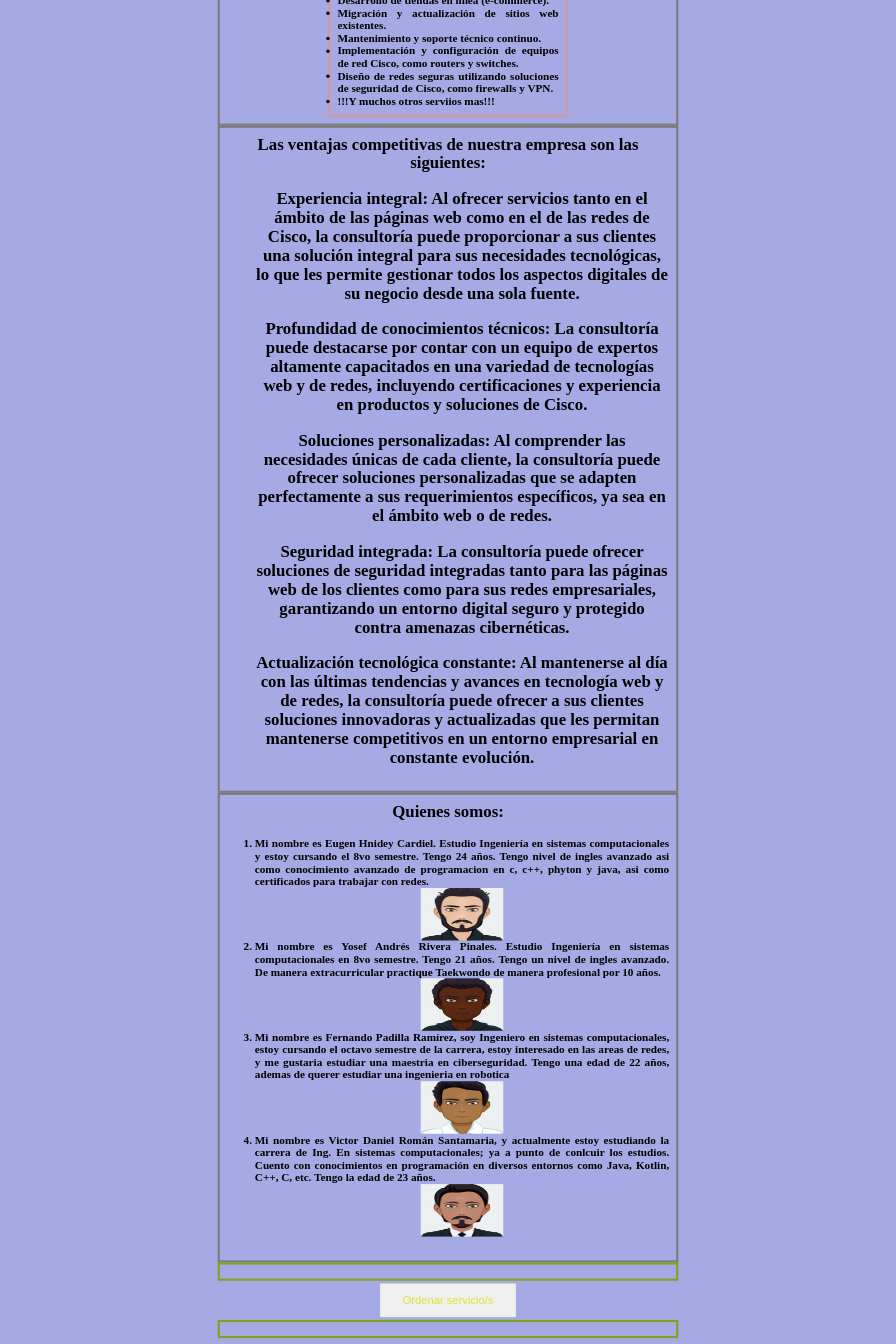
Repository: UVMCoyoacan/VEFY
Page: indexPrincipal.html
An editor plug-in stored every save of this project. The page is shown before and after the next save, followed by the edit.
The browser window is 1280 px wide. The pictures show the part of the page from y = 651 to 2571 px (the page is 2571 px tall), at 70% of full size.

Above is the page before, as saved 2024-03-01 13:06:28.

### indexPrincipal.html
<!DOCTYPE html>
<html>

    <head>
        <title> VEFY CONSULTORIA </title>

        <link rel="stylesheet" href="estilo4.css"/>
        <meta charset="UTF-8" />
    </head>
    <body>
        <div style="text-align: center;"><img src = "LogoVefy.jpg" alt = "LogoEmpresaConsul" width = "150" height = "150" aling = "center"></div>

        <h1>
            Somos una consultoría que ofrece servicios tanto relacionados con páginas web como con redes de Cisco, podría ofrecer una amplia gama de soluciones para cubrir las necesidades digitales de sus clientes.
           <br>
        </h1>
        <h2>
            Nuestro lema es "conectando talento, construyendo soluciones".
        </h2>
        <h2>
            Nuestro objetivo es: Proporcionar soluciones innovadoras y personalizadas que impulsen el éxito y el crecimiento de nuestros clientes, aprovechando la experiencia y el compromiso de nuestro equipo multidisciplinario.
        </h2>
        <h2>
            Nuestra empresa brinda los siguientes servicios:
            <ul>
                <li>Desarrollo de sitios web personalizados. </li>
                <li>Diseño web responsivo y adaptativo. </li>
                <li>Optimización para motores de búsqueda (SEO). </li>
                <li>Integración de sistemas de gestión de contenido (CMS) como WordPress, Joomla, etc. </li>
                <li>Desarrollo de tiendas en línea (e-commerce). </li>
                <li>Migración y actualización de sitios web existentes. </li>
                <li>Mantenimiento y soporte técnico continuo. </li>
                <li>Implementación y configuración de equipos de red Cisco, como routers y switches. </li>
                <li>Diseño de redes seguras utilizando soluciones de seguridad de Cisco, como firewalls y VPN. </li>
                <li>!!!Y muchos otros serviios mas!!! </li>
            </ul>
        </h2>
        <h2>
            Las ventajas competitivas de nuestra empresa son las siguientes:

            <ol>Experiencia integral: Al ofrecer servicios tanto en el ámbito de las páginas web como en el de las redes de Cisco, la consultoría puede proporcionar a sus clientes una solución integral para sus necesidades tecnológicas, lo que les permite gestionar todos los aspectos digitales de su negocio desde una sola fuente. </ol>
            <ol>Profundidad de conocimientos técnicos: La consultoría puede destacarse por contar con un equipo de expertos altamente capacitados en una variedad de tecnologías web y de redes, incluyendo certificaciones y experiencia en productos y soluciones de Cisco.</ol>
            <ol>Soluciones personalizadas: Al comprender las necesidades únicas de cada cliente, la consultoría puede ofrecer soluciones personalizadas que se adapten perfectamente a sus requerimientos específicos, ya sea en el ámbito web o de redes.</ol>
           <ol>Seguridad integrada: La consultoría puede ofrecer soluciones de seguridad integradas tanto para las páginas web de los clientes como para sus redes empresariales, garantizando un entorno digital seguro y protegido contra amenazas cibernéticas.</ol>
           <ol>Actualización tecnológica constante: Al mantenerse al día con las últimas tendencias y avances en tecnología web y de redes, la consultoría puede ofrecer a sus clientes soluciones innovadoras y actualizadas que les permitan mantenerse competitivos en un entorno empresarial en constante evolución.</ol>
        </h2>
        <h2>
            Quienes somos:
            <ol>
                <li>Mi nombre es Eugen Hnidey Cardiel. Estudio Ingeniería en sistemas computacionales y estoy cursando el 8vo semestre. Tengo 24 años. Tengo nivel de ingles avanzado asi como conocimiento avanzado de programacion en c, c++, phyton y java, asi como certificados para trabajar con redes.
                    <br>
                    <div style="text-align: center; cursor:pointer;"><img src = "EugenFoto.jpg" alt = "FotoEu" width = "75" height = "75" aling = "center" onclick="redirigirEu()"></div>
                </li>
                <li>Mi nombre es Yosef Andrés Rivera Pinales. Estudio Ingeniería en sistemas computacionales en 8vo semestre. Tengo 21 años. Tengo un nivel de ingles avanzado. De manera extracurricular practique Taekwondo de manera profesional por 10 años.
                    <br>
                    <div style="text-align: center; cursor:pointer;"><img src = "YosefFoto.jpg" alt = "FotoYos" width = "75" height = "75" aling = "center" onclick="redirigirYos()"></div>
                </li>
                <li>Mi nombre es Fernando Padilla Ramírez, soy Ingeniero en sistemas computacionales, estoy cursando el octavo semestre de la carrera, estoy interesado en las areas de redes, y me gustaria estudiar una maestria en ciberseguridad. Tengo una edad de 22 años, ademas de querer estudiar una ingenieria en robotica               <br>
                    <div style="text-align: center; cursor:pointer;"><img src = "FerFoto.jpg" alt = "FotoFer" width = "75" height = "75" aling = "center" onclick="redirigirFer()" ></div>
                </li>
                <li>Mi nombre es Victor Daniel Román Santamaria, y actualmente estoy estudiando la carrera de Ing. En sistemas computacionales; ya a punto de conlcuir los estudios. Cuento con conocimientos en programación en diversos entornos como Java, Kotlin, C++, C, etc. Tengo la edad de 23 años.
                    <br>
                    <div style="text-align: center; cursor:pointer;"><img src = "VicFoto.jpg" alt = "FotoVic" width = "75" height = "75" aling = "center" onclick="redirigirVik()"></div>
                </li>
            </ol>
        </h2>

        <p>
            <div>
                <button onclick="redirigirForm()" class="boton"> Ordenar servicio/s  </button>

               </div>
           </p>
    </body>
    <script src="cod.js">

    </script>
</html>

### estilo4.css
h1{

    color: rgb(0, 0, 0);

    color: black;

    text-align: center;
    font-size:larger;
    margin: auto;
    width: 50%;
    border: 3px solid rgb(141, 172, 132);
    border-style:solid;
    padding: 10px;

}
p{
    color: rgba(21, 21, 21, 0.781);
    text-align:justify;
    font-size:x-large;
    margin: auto;
    width: 50%;
    border: 3px solid rgb(120, 168, 26);
    border-style:solid;
    padding: 10px;
}
li{
    color: rgb(0, 0, 0);
    text-align:justify;
    font-size:medium;
}


ul{
    color: rgba(21, 21, 21, 0.781);
    text-align:center;
    font-size:large;
    margin: auto;
    width: 50%;
    border: 3px solid rgb(216, 152, 152);
    border-style:solid;
    padding: 10px;
}
body{
    background-color: rgb(166, 170, 228);

}


h2{
    color: rgb(2, 2, 2);
    text-align: center;
    font-size:x-large;
    margin: auto;
    width: 50%;
    border: 3px solid rgb(123, 123, 123);
    border-style:solid;
    padding: 10px;
}
img{
    display: block;
    width: 20%;
    margin: auto;
}
footer{
    color: rgb(60, 28, 167);
    background-color: rgb(210, 204, 25);
}
button {
    border: none;
    color: rgb(226, 226, 47);
    padding: 15px 32px;
    text-align: center;
    text-decoration: none;
    display: inline-block;
    font-size: 16px;
    margin: 4px 2px;
    cursor: pointer;
  }
  div{
    text-align: center;
  }
  label{

    color: rgb(0, 0, 0);

    color: black;

    text-align: center;
    font-size:larger;
    margin: auto;
    width: 50%;
    border: 3px solid rgb(126, 221, 100);
    border-style:solid;
    padding: 10px;
  }



  .boton{

    background-color: linear-gradient(to right, red , yellow);
  }

  .boton:hover{
    background-color: silver;
  }

### cod.js
function saludo(){
    alert("Hola JS");
}

function numeracion(tope){
for(i=0; i<5; i++){
    alert(i);
}
}

function fondo(){
alert("click");
parrafos=document.getElementsByTagName("p");
parrafos[0].innerHTML="remplazado";
parrafos[1].style="color:red"
lista=document.getElementsByClassName("verde");
lista[0].style="text-align:center; color:blue";
document.getElementById("raro").innerHTML="contenido actual";

}

function NoEstilos(){
    nest=document.styleSheets.length;
    for(i=0;i<nest;i++){
        document.styleSheets[i].disabled=true;
    }


}

function ActivaEstilo(n){
    NoEstilos();
    document.styleSheets[n].disabled=false;

}

function redirigirYos() {
    window.location.href = "./index_Yosef.html";
}

function redirigirVik() {
    window.location.href = './INDEXVIC.html';
}

function redirigirFer() {
    window.location.href = './INDEX_FER.html';
}

function redirigirEu() {
    window.location.href = './Pagina web presentacion Eugen/indexEugen.html';

}
function redirigirForm() {
    window.location.href = './enviadatos.html';

}

After the next save:
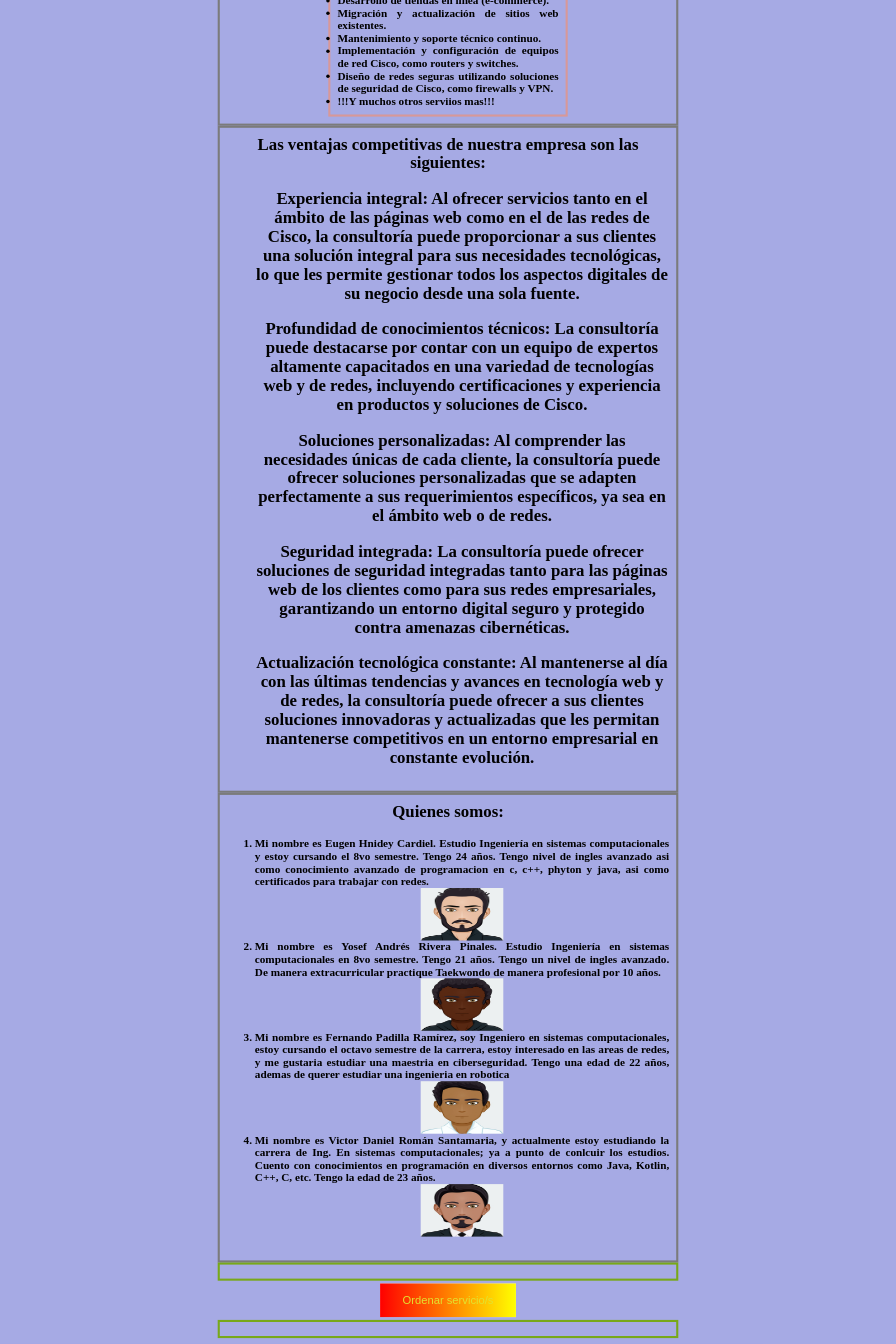
Saved 30 s later.
--- a/estilo4.css
+++ b/estilo4.css
@@ -98,7 +98,7 @@ button {
 
   .boton{
 
-    background-color: linear-gradient(to right, red , yellow);
+    background-image: linear-gradient(to right, red , yellow);
   }
 
   .boton:hover{
